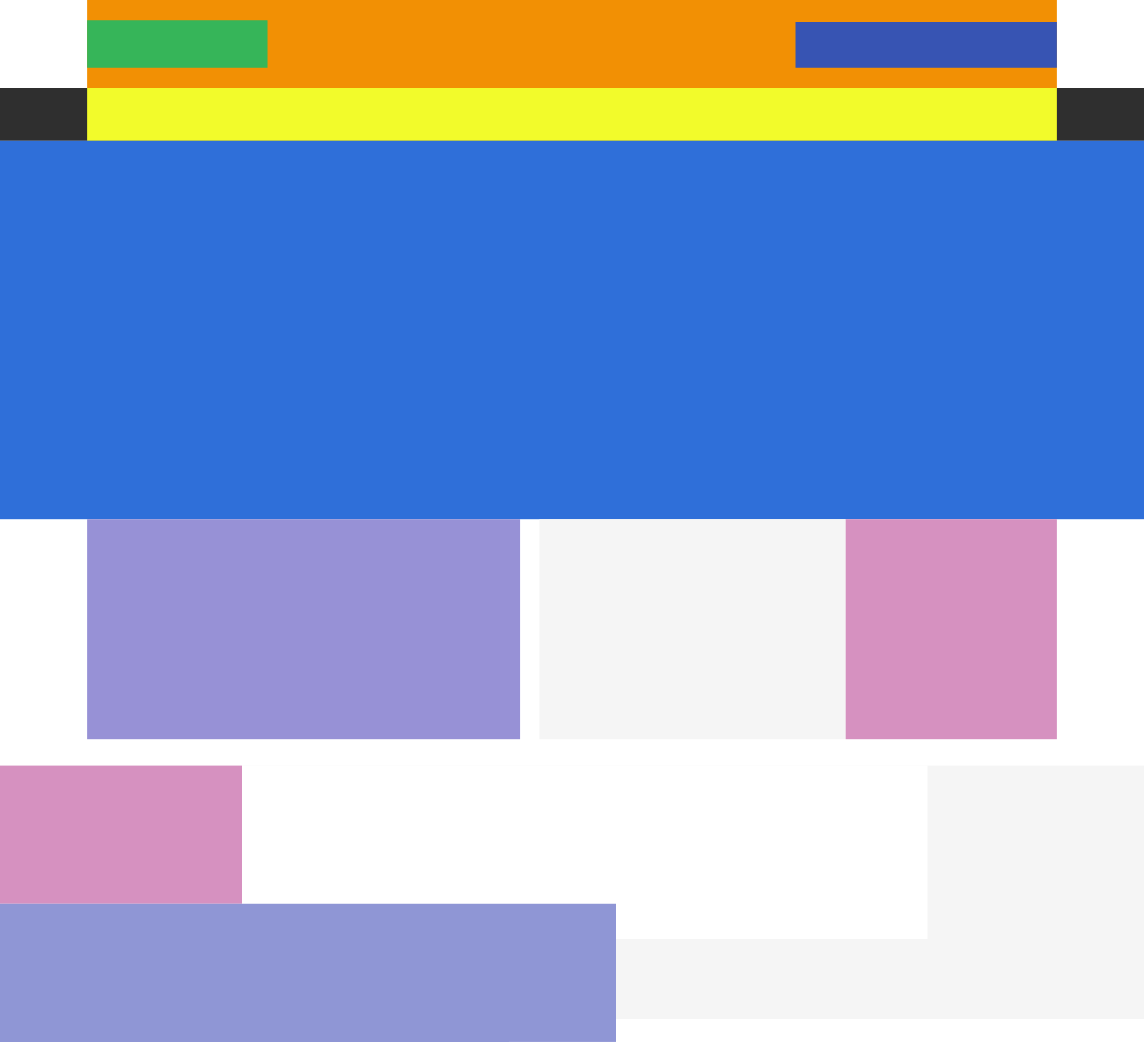
Repository: A1LExX/H5_study_set
Page: day04/扣丁.html
These files come from the project's save history. The page is drawn as it stood at one moment and after the next save; the edit follows.
The browser window is 1280 px wide. The page is 1300 px wide, so the pictures cover 1300 px, including what lies to the right of the window. The pictures show the whole page, at 88% of full size.

Above is the page before, as saved 2021-06-24 20:29:43.

After the next save:
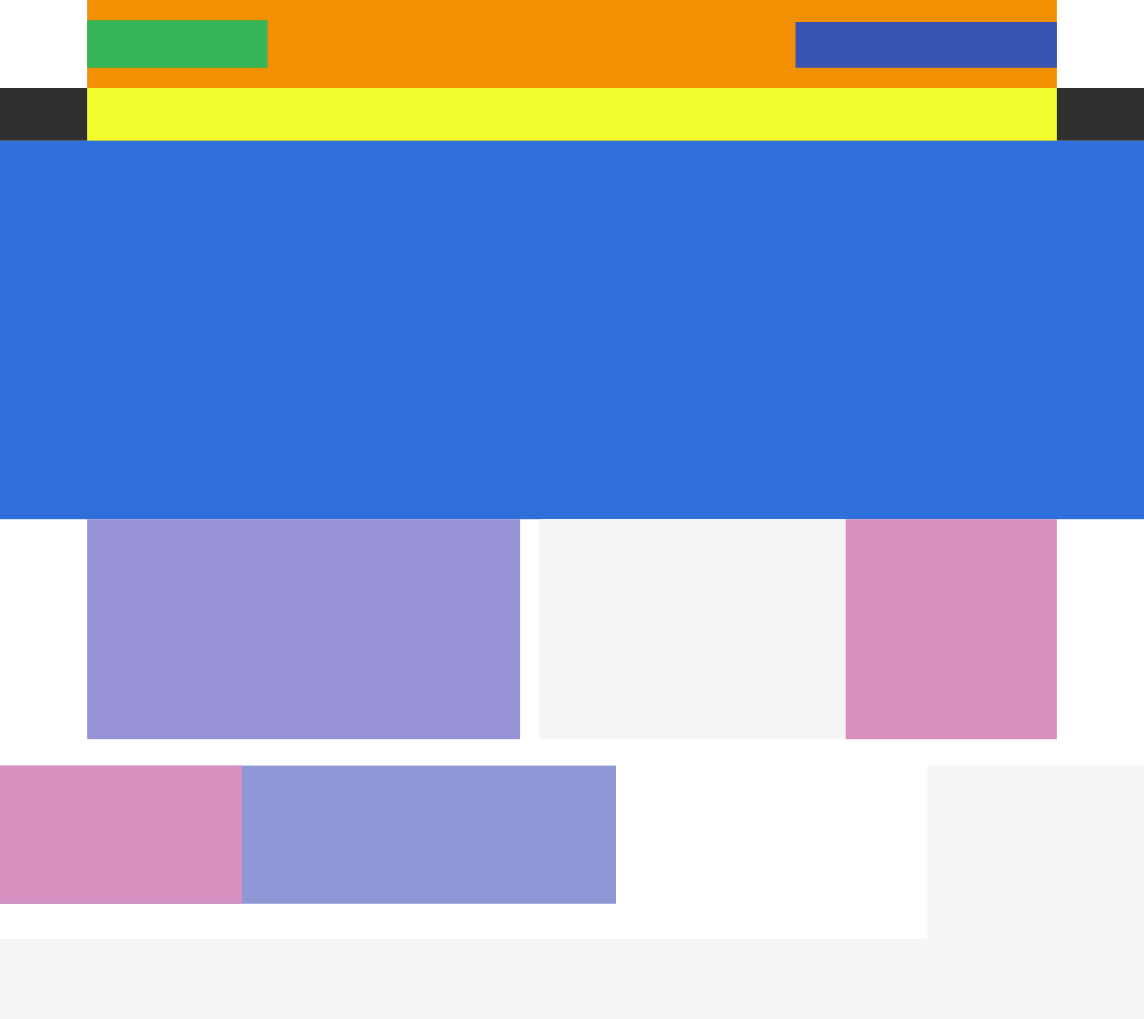
Saved 12 s later.
--- a/day04/css/codingke.css
+++ b/day04/css/codingke.css
@@ -2,7 +2,7 @@
  * @author [Alex Wei]
  * @email [w2262196@outlook.com]
  * @create date 2021-06-24 13:00:50
- * @modify date 2021-06-24 20:29:43
+ * @modify date 2021-06-24 20:29:55
  * @desc [description]
  */
 *{
@@ -93,6 +93,7 @@
     width: 275px;
     height: 157px;
     background: #d691c0;
+    float: left;
 }
 .con4Box2{
     width: 700px;
